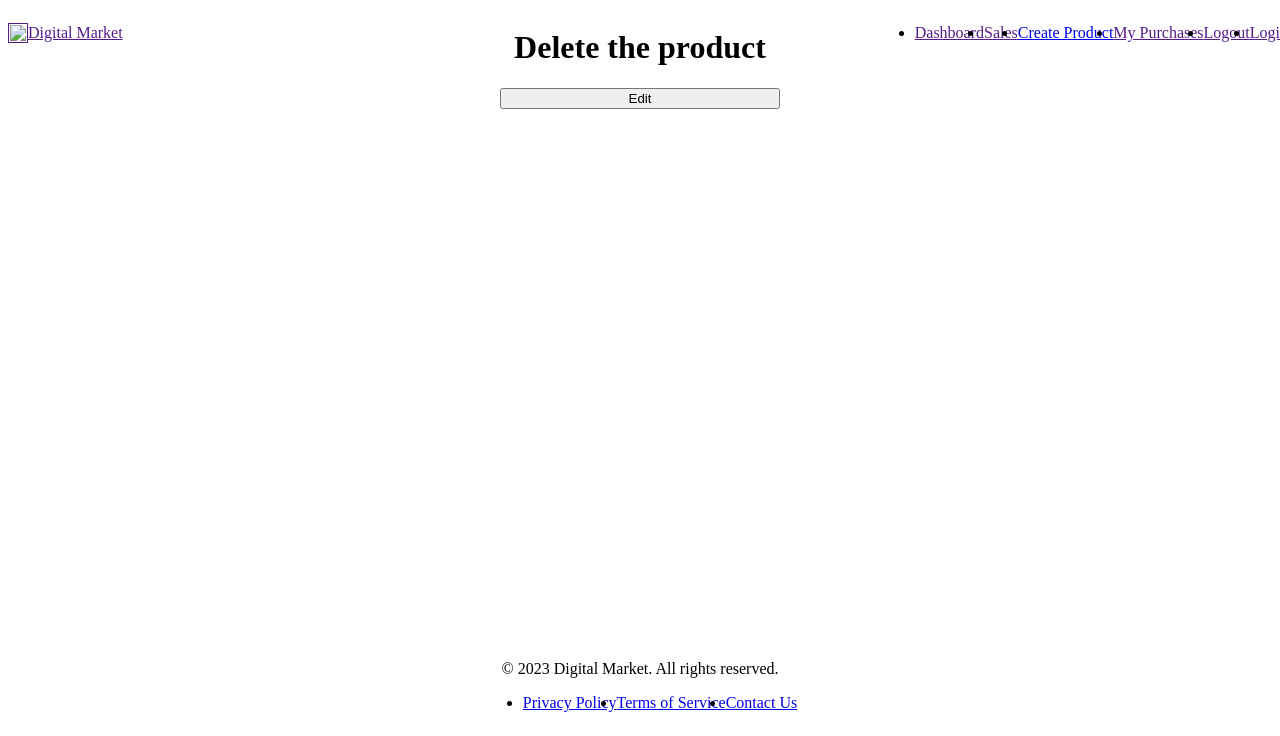
Repository: Zedestar/DigitalMarket_django
Page: http://localhost/delete_product/5/
An editor plug-in stored every save of this project. The page is shown before and after the next save, followed by the edit.
The browser window is 1280 px wide. The pictures show the whole page.
The page is served by the project's application, run on Django 5.2 (manage.py). Style sheets and scripts are compiled from the project's sources, by tool versions that may differ from the author's. The page reads the database file committed with the project.

Above is the page before, as saved 2025-03-28 10:48:22.

After the next save:
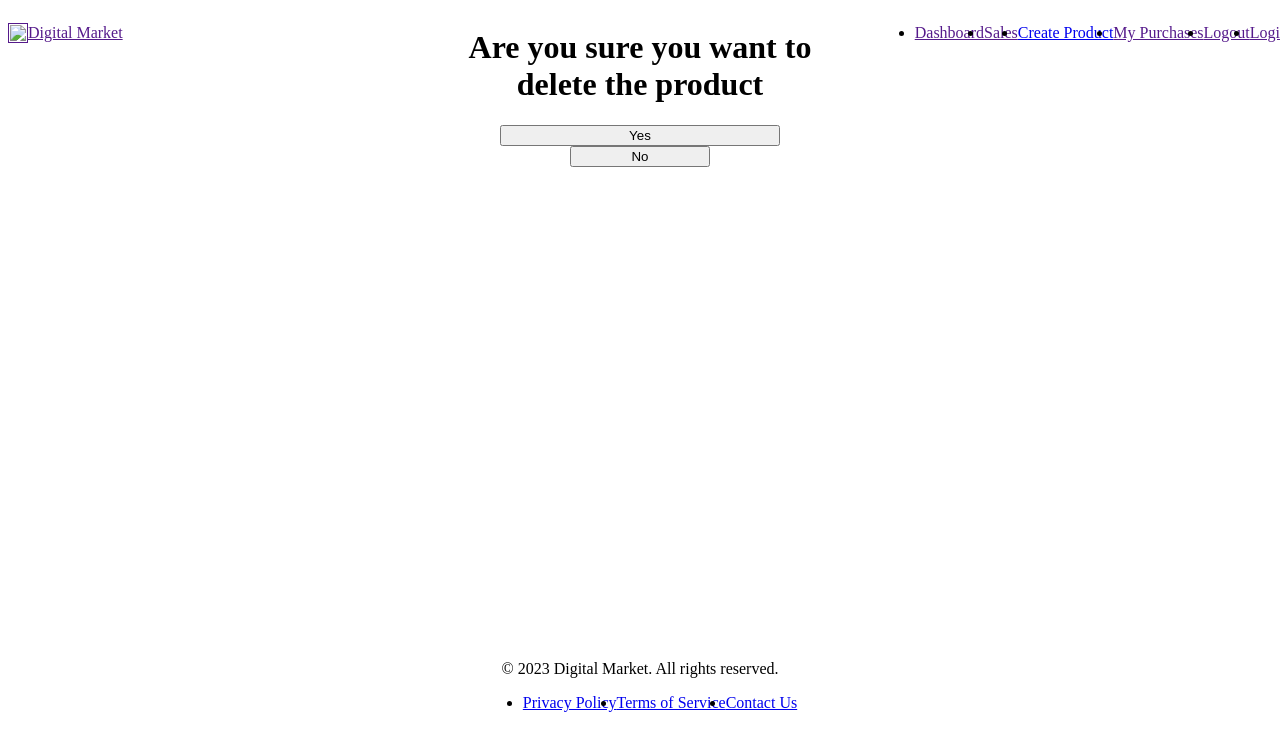
Saved 2 min 15 s later.
--- a/myapp/templates/myapp/delete_product.html
+++ b/myapp/templates/myapp/delete_product.html
@@ -1,12 +1,17 @@
 {% extends 'base.html' %}
 {% block body %}
     <div class="shadow-lg flex items-center justify-center h-full w-full">
-        <div class="w-1/3 my-16 mx-auto bg-white p-6 rounded-lg shadow-lg">
-            <h1 class="text-center m-4 font-bold text-lg">Delete the product</h1>
+        <form method="POST"
+              class="w-1/3 my-16 mx-auto bg-white p-6 rounded-lg shadow-lg">
+            <h1 class="text-center m-4 font-bold text-lg">Are you sure you want to delete the product</h1>
             <div class="w-full mb-4 flex items-center justify-center">
                 <button type="submit"
-                        class="w-2/3 bg-green-500 text-white py-2 rounded hover:bg-green-600 transition">Edit</button>
+                        class="w-2/3 bg-red-500 text-white py-2 rounded hover:bg-green-600 transition">Yes</button>
             </div>
-        </div>
+            <div class="w-full mb-4 flex items-center justify-center">
+                <button type="submit"
+                        class="w-1/3 bg-green-500 text-white py-2 rounded hover:bg-green-600 transition">No</button>
+            </div>
+        </form>
     </div>
 {% endblock body %}
